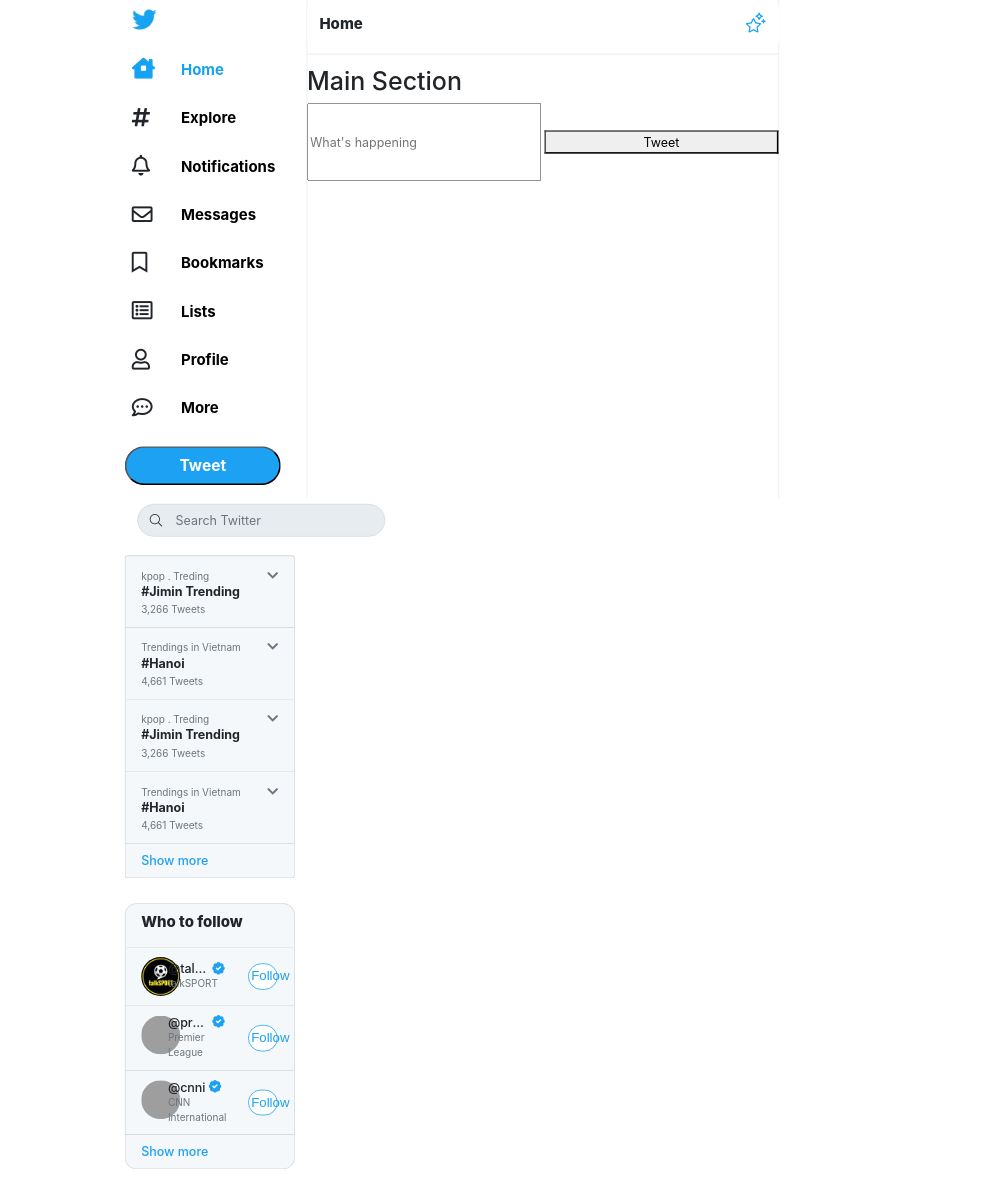
Repository: tts2610/Twitter-clone
Page: index.html
The author's editor kept a copy of each file at every save. The page is drawn from the files as they stood at one save, then again after the next save.
The browser window is 1280 px wide. The pictures show the whole page, at 78% of full size.
Pictures or frames that could not be fetched are drawn as grey boxes.

Above is the page before, as saved 2020-05-23 15:13:18.

After the next save:
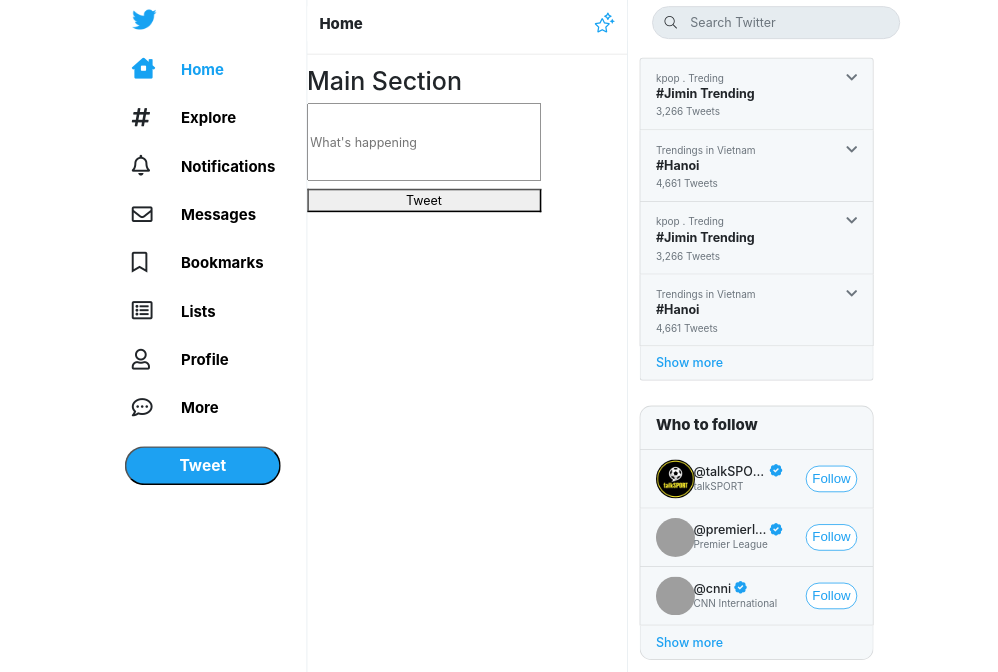
Saved 17 s later.
--- a/index.html
+++ b/index.html
@@ -87,7 +87,7 @@
                 </div>
             </div>
 
-            <div class="col-6-sm" style="border-right: #e6ecf0 solid 1px; border-left: #e6ecf0 solid 1px; padding-left: 0px; padding-right: 0px;">
+            <div class="col-5" style="border-right: #e6ecf0 solid 1px; border-left: #e6ecf0 solid 1px; padding-left: 0px; padding-right: 0px;">
                 <nav class="navbar sticky-top navbar-light my-2" id="leftNav">
                     <span>Home</span>
                     <span style="color: #16a2f2;"><i class="fal fa-stars fa-lg"></i></span>
@@ -106,7 +106,7 @@
                 </div>
             </div>
 
-            <div class="col-3">
+            <div class="col-4">
                 <nav class="navbar sticky-top navbar-light" id="rightNav">
                     <span style="position: absolute;z-index: 100;"><i class="fal fa-search ml-3"></i></span>
                     <div><input class="form-control mr-sm-2 pl-5" type="search" placeholder="Search Twitter" aria-label="Search" id="search"></div>
